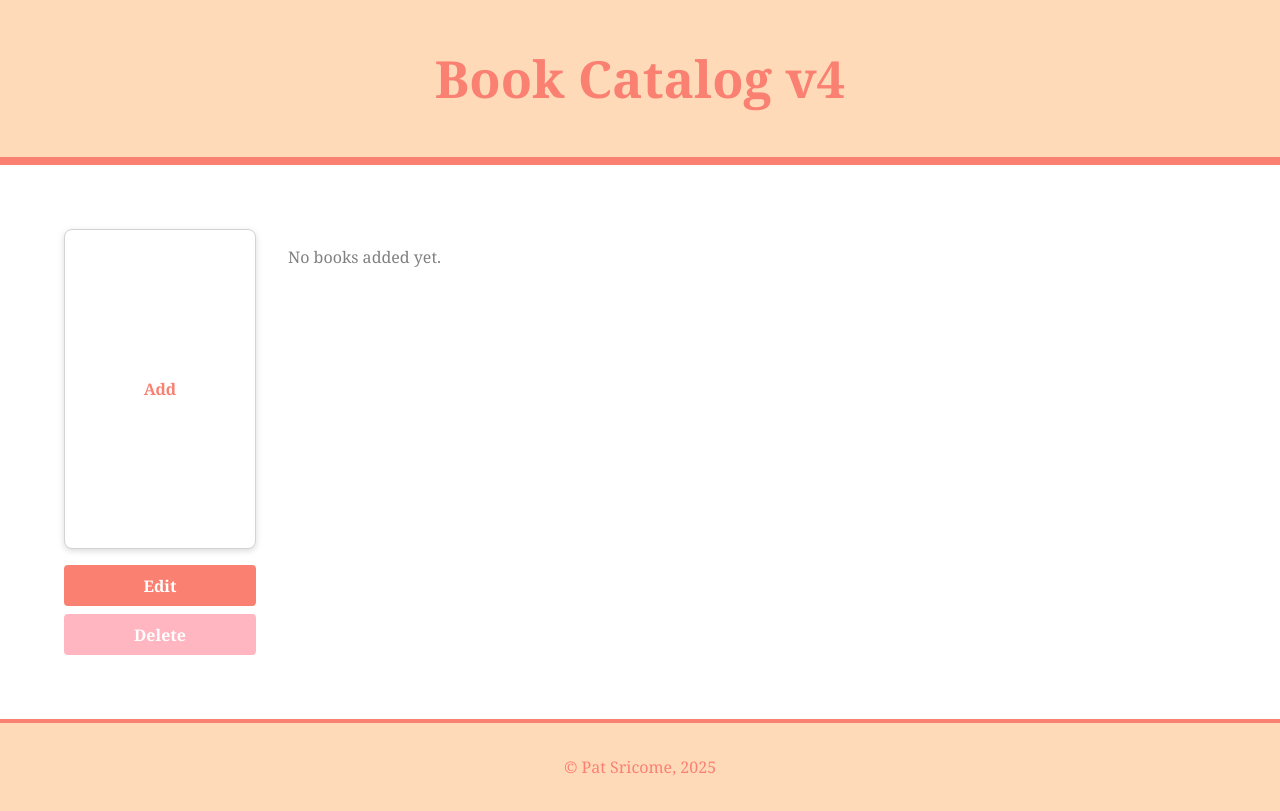
Repository: patcha-d3/book-catalog-v5
Page: /
These files come from the project's save history. The page is drawn as it stood at one moment and after the next save; the edit follows.
The browser window is 1280 px wide. The pictures show the whole page.
The project was rebuilt for these pictures with package versions that can differ from the ones it lists, and the page was loaded fresh each time. Also part of the build but not shown: vite.config.js, src/book.jsx. Imported but missing from the stored project, and not drawn on this page: src/BookFilter.

Above is the page before, as saved 2025-10-28 22:55:14.

### index.html
<!DOCTYPE html>
<html lang="en">
  <head>
    <meta charset="UTF-8" />
    <link rel="icon" type="image/svg+xml" href="/vite.svg" />
    <meta name="viewport" content="width=device-width, initial-scale=1.0" />
    <title>Pat's Rendering lists</title>
  </head>
  <body>
    <div id="root"></div>
    <script type="module" src="/src/main.jsx"></script>
  </body>
</html>

### src/App.jsx
import { useState } from "react";
import "./App.css";
import Modal from "./components/Modal.jsx";
import AddBook from "./components/AddBook.jsx";
import Book from "./book.jsx";
import BookFilter from "./BookFilter";

function App() {
  const [books, setBooks] = useState([]);

  // เลือกได้ทีละเล่ม
  const toggleSelect = (isbn13) => {
    setBooks((prev) =>
      prev.map((book) =>
        book.isbn13 === isbn13
          ? { ...book, selected: !book.selected }
          : { ...book, selected: false }
      )
    );
  };

  // เพิ่มหนังสือใหม่
  const handleAddBook = (newBook) => {
    const withDefaults = {
      ...newBook,
      // ถ้าบาง environment ไม่มี crypto.randomUUID ให้ใช้ fallback
      isbn13:
        (window.crypto && crypto.randomUUID && crypto.randomUUID()) ||
        String(Date.now()),
      selected: false,
      // ✅ รูปให้ดึงจาก newBook.url (ชื่อเดียวกับใน AddBook.jsx)
      image: newBook.url || "https://via.placeholder.com/150x200?text=Book",
      // ไม่ใช้ราคา/ลิงก์ buy แล้ว
      url: newBook.url || "#",
    };
    setBooks((prev) => [...prev, withDefaults]);
  };

  // ลบหนังสือที่เลือก
  const handleDeleteBook = () => {
    const selectedBook = books.find((b) => b.selected);
    if (!selectedBook) {
      alert("Please select a book to delete.");
      return;
    }
    setBooks((prev) => prev.filter((b) => b.isbn13 !== selectedBook.isbn13));
  };

  // Update = no-op (ตามบรีฟ)
  const handleUpdateBook = () => {
    const selectedBook = books.find((b) => b.selected);
    if (!selectedBook) {
      alert("Please select a book to update.");
      return;
    }
    alert("Update feature coming soon!");
  };

  return (
    <div className="app">
      <header className="app-header">
        <h1>Book Catalog v4</h1>
      </header>

      <main className="content">
        <div className="content-add">
          <Modal btnLabel="Add" btnClassName="button-add">
            <AddBook onAdd={handleAddBook} />
          </Modal>

          <div className="action-buttons">
            <button className="button-update" onClick={handleUpdateBook}>
              Edit
            </button>
            <button className="button-delete" onClick={handleDeleteBook}>
              Delete
            </button>
          </div>
        </div>

        <BookTile books={books} onSelect={toggleSelect} />
      </main>

      <footer className="footer">
        <p>© Pat Sricome, 2025</p>
      </footer>
    </div>
  );
}

function BookTile({ books, onSelect }) {
  if (books.length === 0) {
    return (
      <div className="content-books">
        <p style={{ color: "gray" }}>No books added yet.</p>
      </div>
    );
  }

  return (
    <div className="content-books">
      {books.map((book) => (
        <Book
          key={book.isbn13}
          title={book.title}
          author={book.author}
          image={book.image} // ✅ ตอนนี้จะได้รูปจาก URL ที่กรอก
          selected={book.selected}
          onSelect={() => onSelect(book.isbn13)}
        />
      ))}
    </div>
  );
}

export default App;

### src/App.css
* {
  font-family: Georgia, "Times New Roman", Times, serif;
}

*,
*::before,
*::after {
  box-sizing: border-box;
}

html {
  display: flex;
  flex-direction: column;
  margin: auto;
  background-color: white;
}

html,
body {
  margin: 0;
  padding: 0;
  background-color: white; /* พื้นหลังขาวล้วน */
}

.content > * {
  margin: 0;
}

.app {
  display: flex;
  flex-direction: column;
  min-height: 100vh; /* ให้ container สูงเต็มหน้าจอ */
  background-color: white;
}

.app-header {
  position: relative;
  top: 0;
  left: 0;
  z-index: 1000;
  width: 100vw;
  background-color: peachpuff;
  color: salmon;
  padding: 1em;
  border-bottom: 8px solid salmon;
  text-align: center;
}

.content {
  flex: 1;
  display: flex;
  flex-direction: row;
  gap: 2em;
  padding: 4em;
  background-color: white;
}

.content-add {
  flex: 0 0 auto;
}

.action-buttons {
  display: flex;
  flex-direction: column;
  gap: 0.5em;
  margin-top: 1em;
  width: 100%;
}

.button-add,
.card-book {
  display: flex;
  flex-direction: column;
  justify-content: center;
  align-items: center;
  min-width: 12em;
  height: 20em;
  border: 1px solid lightgrey;
  border-radius: 0.5em;
  background-color: #fff;
  transition: background-color 0.3s ease, color 0.3s ease;
}

.button-add {
  color: salmon;
  font-weight: bold;
}

.button-add h2 {
  font-size: 1.2em;
  font-weight: normal;
  color: grey;
}

.button-add:hover {
  background-color: darkred;
  color: salmon;
  border: 2px solid salmon;
  font-weight: bold;
}

.button-add:hover h2 {
  color: white; /* make text readable on blue */
}

.content-books {
  display: flex;
  flex-wrap: wrap;
  justify-content: flex-start;
  gap: 2em;
  flex: 1;
}

.card-book div {
  margin: 0 auto;
}

.card-book {
  position: relative; /* ให้ปุ่ม x ยึดกับกรอบ card */
  display: flex;
  flex-direction: column;
  max-width: 12em;
  height: 20em;
  padding: 0.5em;
  border-radius: 0.5em;
  text-align: center;
  color: grey;
  background-color: white;
  overflow: hidden;
}

.card-book-image {
  flex: 0 0 auto;
  display: grid;
  place-items: center;
  max-width: 100%;
  max-height: 100%;
  margin: 0 auto;
}

.card-book-image img {
  width: 100%;
  height: 100%;
  object-fit: contain;
}

.card-book-body {
  display: flex;
  flex-direction: column;
  flex: 1; /* stretch body to take all available space */
}

.card-book-price {
  font-weight: bold;
  margin: 0.5em 0;
  color: #333;
}

.link-button {
  margin-top: auto; /* push button to bottom */
  width: 100%;
  background-color: salmon;
  color: white;
  padding: 0.5em 2.4em;
  text-align: center;
  text-decoration: none;
  font-weight: bold;
  border-radius: 8px;
  transition: background-color 0.3s ease, color 0.3s ease;
}

.link-button::hover {
  background-color: white;
  color: darkred;
}

@media (max-width: 480px) {
  .button-add,
  .card-book {
    max-width: 100%;
  }
}

.footer {
  bottom: 0;
  text-align: center;
  width: 100vw;
  background-color: peachpuff;
  color: salmon;
  padding: 1em;
  border-top: 4px solid salmon;
  margin-top: auto;
}

.card-book,
.button-add {
  box-shadow: 0 2px 6px rgba(0, 0, 0, 0.15);
  transition: box-shadow 0.3s ease, transform 0.3s ease;
}

.card-book:hover,
.button-add:hover {
  box-shadow: 0 4px 12px rgba(0, 0, 0, 0.35);
  transform: translateY(-5px);
}

.book-card span {
  display: inline-block;
  margin-left: 8px;
  font-weight: bold;
  cursor: pointer;
  color: red;
}

.btn-remove {
  font-family: Arial, Helvetica, sans-serif;
  position: absolute;
  top: 0;
  right: 0;
  display: inline-block;
  padding: 0 0.5em;
  background: #eee;
  cursor: pointer;
}

.btn-remove:hover {
  background: #db4141;
  color: white;
}

.form-container {
  padding: 0 3em;

  > form {
    padding: 2em;

    button {
      margin-left: 10em;
    }
  }
  .form-control {
    label {
      display: inline-block;
      width: 10em;
    }
    margin: 1em 0;
  }
}

dialog {
  background-color: white;
  color: #333;
}

dialog form {
  background-color: white;
  color: #333;
}

.card-book.selected {
  border: 3px solid salmon;
  transform: scale(1.02);
}

.book-title {
  font-size: 1rem;
  font-weight: bold;
  color: #333;
  margin: 0.5em 0 0 0;
}

.book-author {
  font-size: 0.9rem;
  color: #666;
  margin: 0.25em 0;
}

.button-update,
.button-delete {
  width: 100%;
  padding: 0.6em 0;
  font-weight: bold;
  border: none;
  color: white;
  cursor: pointer;
  border-radius: 4px;
}

.button-update {
  background-color: salmon;
}

.button-update:hover,
.button-delete:hover {
  background-color: darkred;
}

.button-delete {
  background-color: lightpink;
}

/* ---------- Modal (dialog) ---------- */
dialog {
  border: none;
  border-radius: 12px;
  padding: 2.5em;
  width: 420px;
  max-width: 90%;
  background-color: #fff;
  box-shadow: 0 6px 20px rgba(0, 0, 0, 0.2);
}

dialog::backdrop {
  background-color: rgba(0, 0, 0, 0.4);
}

/* ---------- Form Container ---------- */
.form-container {
  display: flex;
  flex-direction: column;
  align-items: stretch;
}

.form-container h2 {
  text-align: center;
  margin-bottom: 1.5em;
  color: salmon;
}

/* ---------- Each Form Row ---------- */
.form-row {
  display: flex;
  flex-direction: column;
  margin-bottom: 1em;
}

.form-row label {
  margin-bottom: 0.3em;
  font-weight: bold;
  color: #555;
  font-size: 0.9rem;
}

.form-row input {
  padding: 0.6em 0.8em;
  border: 1px solid #ccc;
  border-radius: 6px;
  font-size: 0.9rem;
  transition: border-color 0.2s ease;
}

.form-row input:focus {
  outline: none;
  border-color: salmon;
  box-shadow: 0 0 0 2px rgba(250, 128, 114, 0.25);
}

/* ---------- Buttons ---------- */
.modal-buttons {
  display: flex;
  justify-content: center;
  gap: 1em;
  margin-top: 1.5em;
}

.modal-buttons button {
  min-width: 100px;
  padding: 0.6em 1.2em;
  border: none;
  border-radius: 6px;
  font-size: 0.9rem;
  font-weight: bold;
  cursor: pointer;
  transition: all 0.25s ease;
}

/* Save button */
.modal-buttons .btn.primary {
  background-color: salmon;
  color: white;
}

.modal-buttons .btn.primary:hover {
  background-color: darkred;
}

/* Cancel button */
.modal-buttons button[type="button"] {
  background-color: lightgray;
  color: #333;
}

.modal-buttons button[type="button"]:hover {
  background-color: #ccc;
}

.modal-buttons {
  display: flex;
  justify-content: center;
  margin-top: 1.5em;
}

.modal-buttons button {
  width: 60%;
  padding: 0.7em 0;
  border: none;
  border-radius: 6px;
  font-weight: bold;
  background-color: salmon;
  color: white;
  cursor: pointer;
  transition: all 0.25s ease;
}

.modal-buttons button:hover {
  background-color: darkred;
}

### src/components/Modal.jsx
import { useRef } from "react";

function Modal({ btnLabel, children, btnClassName }) {
  const modalRef = useRef();

  const openModal = () => modalRef.current.showModal();
  const closeModal = () => modalRef.current.close();

  return (
    <>
      <button onClick={openModal} className={btnClassName}>
        {btnLabel}
      </button>

      <dialog ref={modalRef}>{children}</dialog>
    </>
  );
}

export default Modal;

### src/components/AddBook.jsx
// components/AddBook.jsx
import { useState } from "react";

function AddBook({ onAdd }) {
  const [formData, setFormData] = useState({
    title: "",
    author: "",
    publisher: "",
    year: "",
    language: "",
    pages: "",
    url: "",
  });

  const handleChange = (e) => {
    const { name, value } = e.target;
    setFormData((prev) => ({
      ...prev,
      [name]: value,
    }));
  };

  const handleSubmit = (e) => {
    e.preventDefault();

    // trim ข้อมูลหลัก ๆ กันช่องว่างล้วน
    const payload = {
      title: formData.title.trim(),
      author: formData.author.trim(),
      publisher: formData.publisher.trim(),
      language: formData.language.trim(),
      // แปลงเป็นตัวเลขถ้ากรอก (ไม่งั้นปล่อยว่าง)
      year: formData.year ? Number(formData.year) : "",
      pages: formData.pages ? Number(formData.pages) : "",
      url: formData.url.trim(),
    };

    if (!payload.title || !payload.author) {
      alert("Please enter at least a title and author.");
      return;
    }

    onAdd(payload);

    // reset ฟอร์ม
    setFormData({
      title: "",
      author: "",
      publisher: "",
      year: "",
      language: "",
      pages: "",
      url: "",
    });

    // ปิด dialog เฉพาะตัวที่ครอบฟอร์มนี้
    const dialog = e.target.closest("dialog");
    if (dialog) dialog.close();
  };

  return (
    <div className="form-container">
      <h2>Add New Book</h2>
      <form onSubmit={handleSubmit} className="modal-form" noValidate>
        <div className="form-row">
          <label htmlFor="title">
            Title<span aria-hidden="true"> *</span>
          </label>
          <input
            id="title"
            name="title"
            value={formData.title}
            onChange={handleChange}
            placeholder="Book title"
            required
            autoFocus
          />
        </div>

        <div className="form-row">
          <label htmlFor="author">
            Author<span aria-hidden="true"> *</span>
          </label>
          <input
            id="author"
            name="author"
            value={formData.author}
            onChange={handleChange}
            placeholder="Author name"
            required
          />
        </div>

        <div className="form-row">
          <label htmlFor="publisher">Publisher</label>
          <input
            id="publisher"
            name="publisher"
            value={formData.publisher}
            onChange={handleChange}
            placeholder="Publisher"
          />
        </div>

        <div className="form-row">
          <label htmlFor="year">Publication Year</label>
          <input
            id="year"
            name="year"
            type="number"
            inputMode="numeric"
            min="0"
            max="9999"
            value={formData.year}
            onChange={handleChange}
            placeholder="e.g. 2024"
          />
        </div>

        <div className="form-row">
          <label htmlFor="language">Language</label>
          <input
            id="language"
            name="language"
            value={formData.language}
            onChange={handleChange}
            placeholder="Language"
          />
        </div>

        <div className="form-row">
          <label htmlFor="pages">Pages</label>
          <input
            id="pages"
            name="pages"
            type="number"
            inputMode="numeric"
            min="1"
            value={formData.pages}
            onChange={handleChange}
            placeholder="e.g. 320"
          />
        </div>

        <div className="form-row">
          <label htmlFor="url">Url Link (cover image)</label>
          <input
            id="url"
            name="url"
            type="url"
            inputMode="url"
            value={formData.url}
            onChange={handleChange}
            placeholder="https://example.com/cover.jpg"
          />
        </div>

        <div className="modal-buttons">
          <button type="submit" className="btn primary">
            Save
          </button>
        </div>
      </form>
    </div>
  );
}

export default AddBook;

### src/components/BookFilter.jsx
import React from "react";
import "./App.css";

export default function BookFilter({
  filterCriteria,
  onFilterChange,
  authors,
}) {
  return (
    <div className="filter-controls">
      <h3>Filter Books by Author</h3>
      <div className="filter-row">
        <div className="filter-group">
          <select
            id="author-filter"
            name="author"
            value={filterCriteria.author}
            onChange={onFilterChange}
            className="author-dropdown"
          >
            <option value="">All Authors</option>
            {authors.map((author, index) => (
              <option key={index} value={author}>
                {author}
              </option>
            ))}
          </select>
        </div>
      </div>
    </div>
  );
}

Loaded but not shown: src/main.jsx (common file); src/index.css (common file)

After the next save:
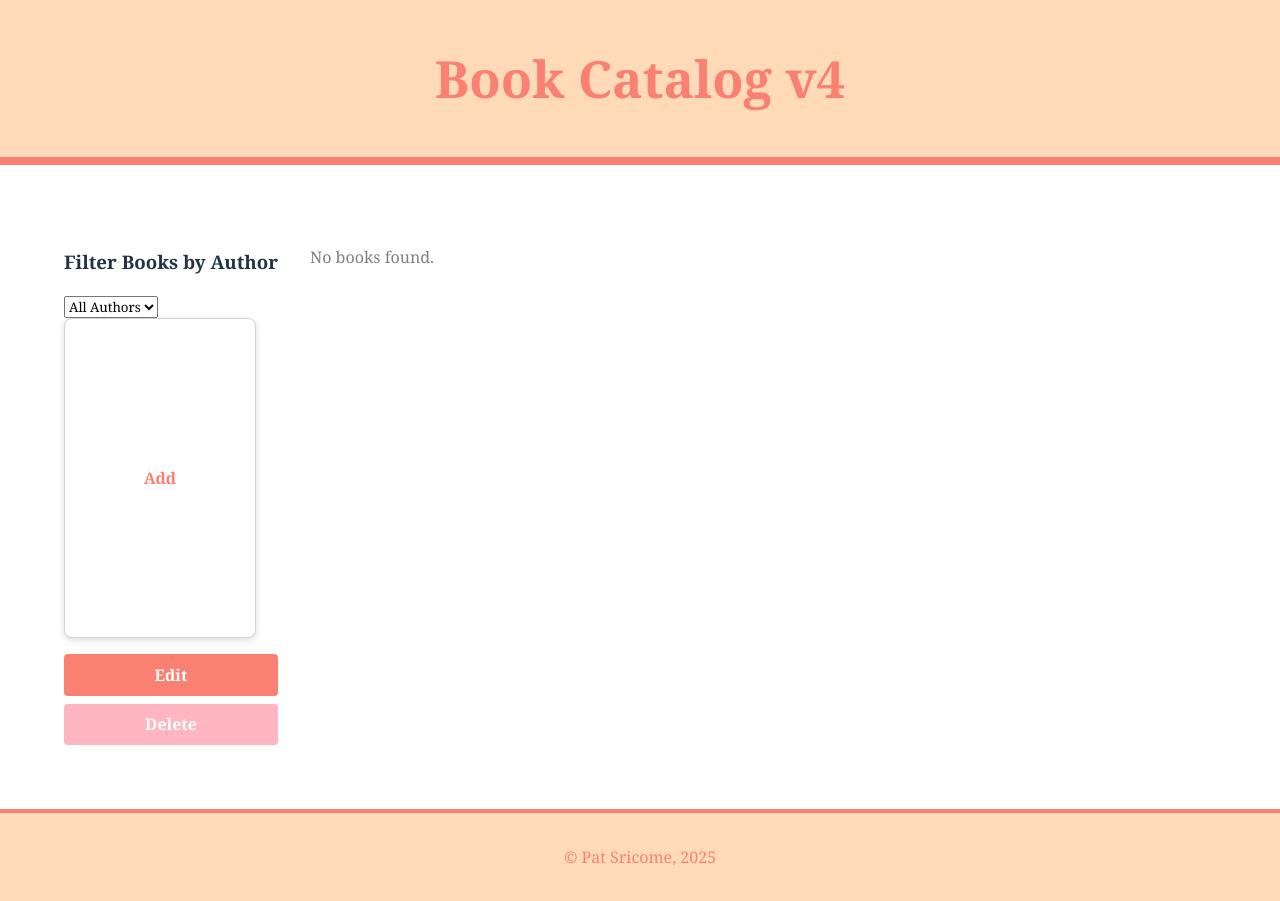
Saved 107 s later.
--- a/src/App.jsx
+++ b/src/App.jsx
@@ -1,12 +1,18 @@
+// App.jsx
 import { useState } from "react";
 import "./App.css";
 import Modal from "./components/Modal.jsx";
 import AddBook from "./components/AddBook.jsx";
 import Book from "./book.jsx";
-import BookFilter from "./BookFilter";
+import BookFilter from "./components/BookFilter.jsx"; // 👈 เพิ่มการ import
 
 function App() {
   const [books, setBooks] = useState([]);
+
+  // ✅ state สำหรับฟิลเตอร์
+  const [filterCriteria, setFilterCriteria] = useState({
+    author: "",
+  });
 
   // เลือกได้ทีละเล่ม
   const toggleSelect = (isbn13) => {
@@ -23,15 +29,13 @@ function App() {
   const handleAddBook = (newBook) => {
     const withDefaults = {
       ...newBook,
-      // ถ้าบาง environment ไม่มี crypto.randomUUID ให้ใช้ fallback
       isbn13:
         (window.crypto && crypto.randomUUID && crypto.randomUUID()) ||
         String(Date.now()),
       selected: false,
-      // ✅ รูปให้ดึงจาก newBook.url (ชื่อเดียวกับใน AddBook.jsx)
       image: newBook.url || "https://via.placeholder.com/150x200?text=Book",
-      // ไม่ใช้ราคา/ลิงก์ buy แล้ว
       url: newBook.url || "#",
+      isUserAdded: true, // 👈 ใช้ flag นี้ถ้าจะกรองเฉพาะหนังสือที่ผู้ใช้เพิ่ม
     };
     setBooks((prev) => [...prev, withDefaults]);
   };
@@ -46,7 +50,7 @@ function App() {
     setBooks((prev) => prev.filter((b) => b.isbn13 !== selectedBook.isbn13));
   };
 
-  // Update = no-op (ตามบรีฟ)
+  // Update = no-op
   const handleUpdateBook = () => {
     const selectedBook = books.find((b) => b.selected);
     if (!selectedBook) {
@@ -56,6 +60,33 @@ function App() {
     alert("Update feature coming soon!");
   };
 
+  // ✅ handler สำหรับเปลี่ยนค่าฟิลเตอร์
+  const handleFilterChange = (e) => {
+    const { name, value } = e.target;
+    setFilterCriteria((prev) => ({ ...prev, [name]: value }));
+  };
+
+  // ✅ รายชื่อผู้เขียน (unique + เรียง) — ตอนนี้ดึงจากทุกเล่มใน state
+  // ถ้าอยากให้มีเฉพาะของที่ผู้ใช้เพิ่ม ให้เติม .filter(b => b.isUserAdded) ก่อน map
+  const uniqueAuthors = [
+    ...new Set(
+      books
+        // .filter((b) => b.isUserAdded) // <— uncomment ถ้าจะใช้เฉพาะที่ผู้ใช้เพิ่ม
+        .map((b) => b.author)
+        .filter(Boolean)
+    ),
+  ].sort();
+
+  // ✅ กรองหนังสือก่อนส่งไปแสดง
+  const filteredBooks = books.filter((book) => {
+    // ถ้าจะโชว์เฉพาะ user-added: เปิดบรรทัดด้านล่าง
+    // if (!book.isUserAdded) return false;
+
+    const matchesAuthor =
+      !filterCriteria.author || book.author === filterCriteria.author;
+    return matchesAuthor;
+  });
+
   return (
     <div className="app">
       <header className="app-header">
@@ -64,10 +95,19 @@ function App() {
 
       <main className="content">
         <div className="content-add">
+          {/* ✅ ส่วนฟิลเตอร์ */}
+          <BookFilter
+            filterCriteria={filterCriteria}
+            onFilterChange={handleFilterChange}
+            authors={uniqueAuthors}
+          />
+
+          {/* ปุ่ม Add + modal */}
           <Modal btnLabel="Add" btnClassName="button-add">
             <AddBook onAdd={handleAddBook} />
           </Modal>
 
+          {/* ปุ่ม Update / Delete */}
           <div className="action-buttons">
             <button className="button-update" onClick={handleUpdateBook}>
               Edit
@@ -78,7 +118,8 @@ function App() {
           </div>
         </div>
 
-        <BookTile books={books} onSelect={toggleSelect} />
+        {/* ใช้ filteredBooks แทน books */}
+        <BookTile books={filteredBooks} onSelect={toggleSelect} />
       </main>
 
       <footer className="footer">
@@ -92,7 +133,7 @@ function BookTile({ books, onSelect }) {
   if (books.length === 0) {
     return (
       <div className="content-books">
-        <p style={{ color: "gray" }}>No books added yet.</p>
+        <p style={{ color: "gray" }}>No books found.</p>
       </div>
     );
   }
@@ -104,7 +145,7 @@ function BookTile({ books, onSelect }) {
           key={book.isbn13}
           title={book.title}
           author={book.author}
-          image={book.image} // ✅ ตอนนี้จะได้รูปจาก URL ที่กรอก
+          image={book.image}
           selected={book.selected}
           onSelect={() => onSelect(book.isbn13)}
         />
